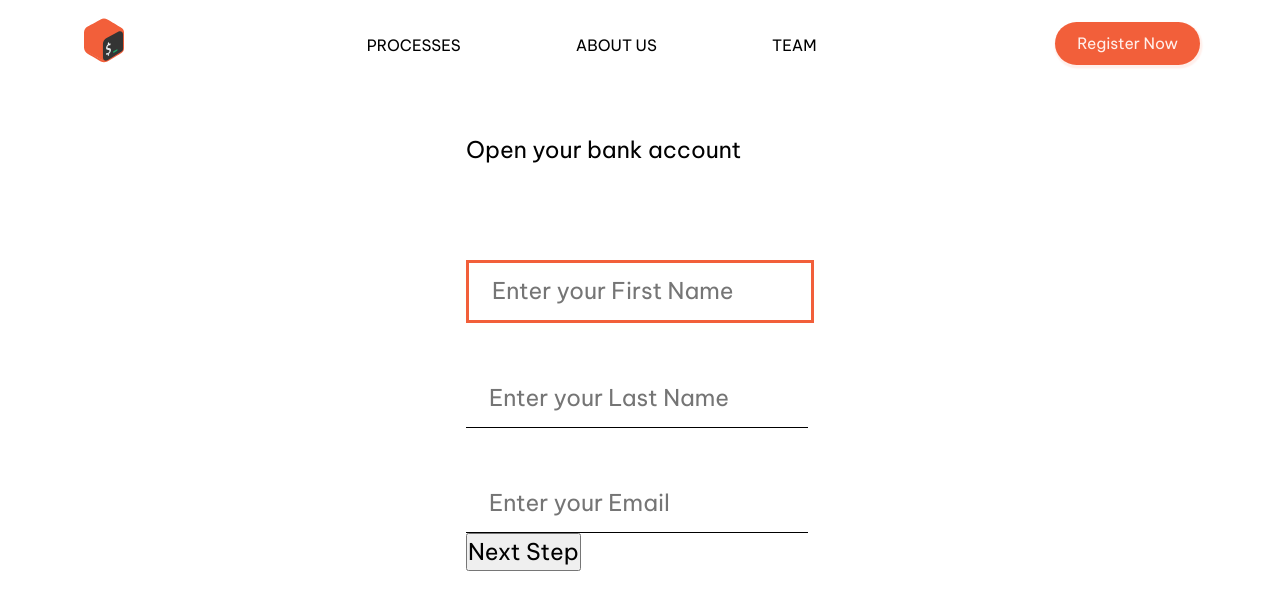
Repository: Esraa22M/Banking_Site
Page: index.html
The author's editor kept a copy of each file at every save. The page is drawn from the files as they stood at one save, then again after the next save.
The browser window is 1280 px wide. The pictures show the whole page.
The first visible `.first_name` has the focus.

Above is the page before, as saved 2022-10-31 16:56:30.

After the next save:
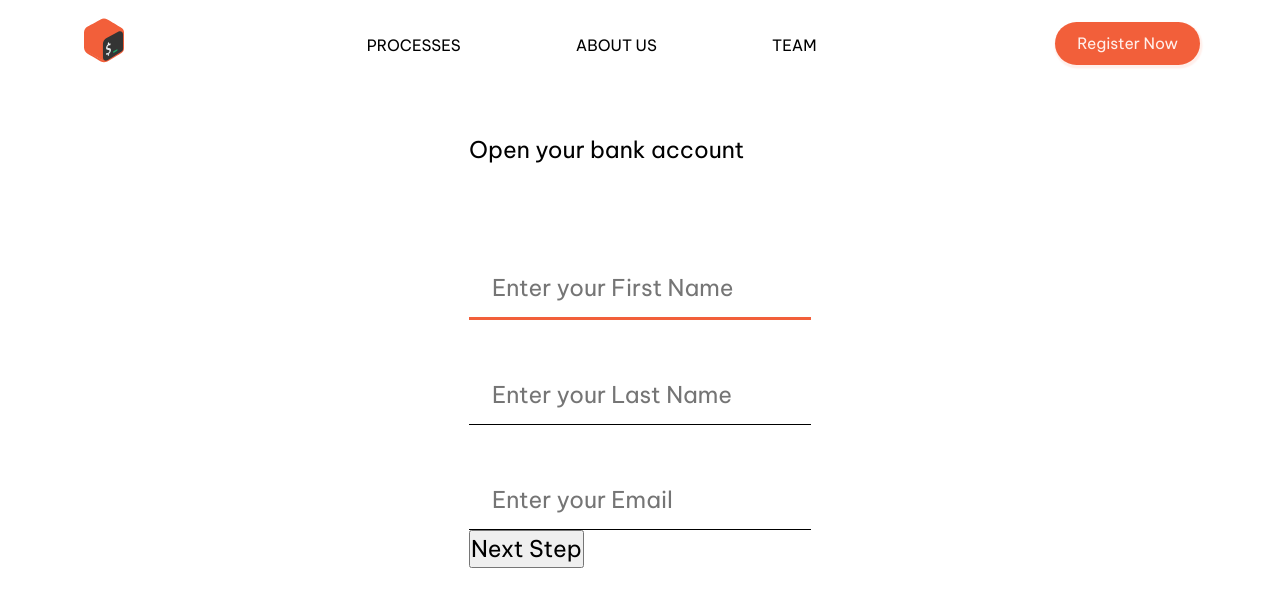
Saved 14 s later.
--- a/style.css
+++ b/style.css
@@ -207,7 +207,7 @@
   margin-top: 2em;
 }
 .first_name:focus-within {
-  border: 3px solid var(--clr-accent-400);
+  border-bottom: 3px solid var(--clr-accent-400);
 }
 /* media query for mobile screen */
 @media (max-width: 40em) {
